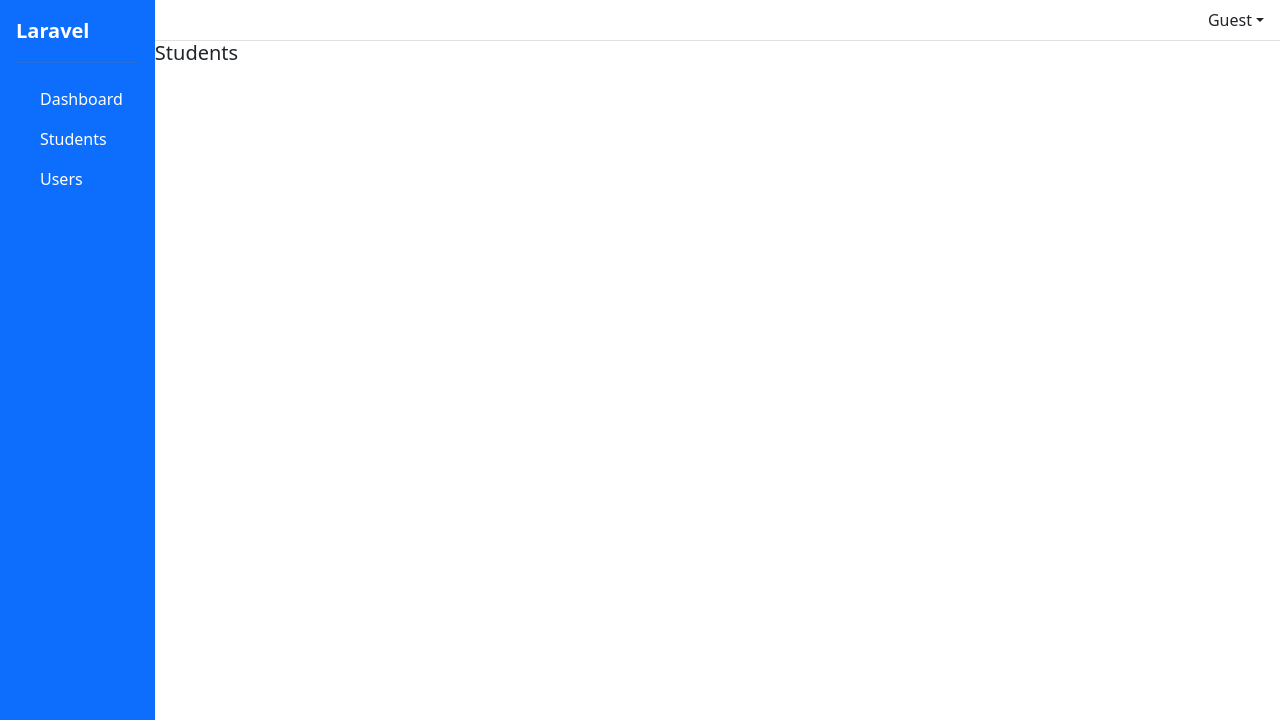
Repository: jaevoy2/lara_demo
Page: http://localhost/home
These files come from the project's save history. The page is drawn as it stood at one moment and after the next save; the edit follows.
The browser window is 1280 px wide. The pictures show the whole page.
The page is served by the project's Laravel application, run on PHP 8.4 with Laravel 12.

Above is the page before, as saved 2026-07-08 12:09:38.

After the next save:
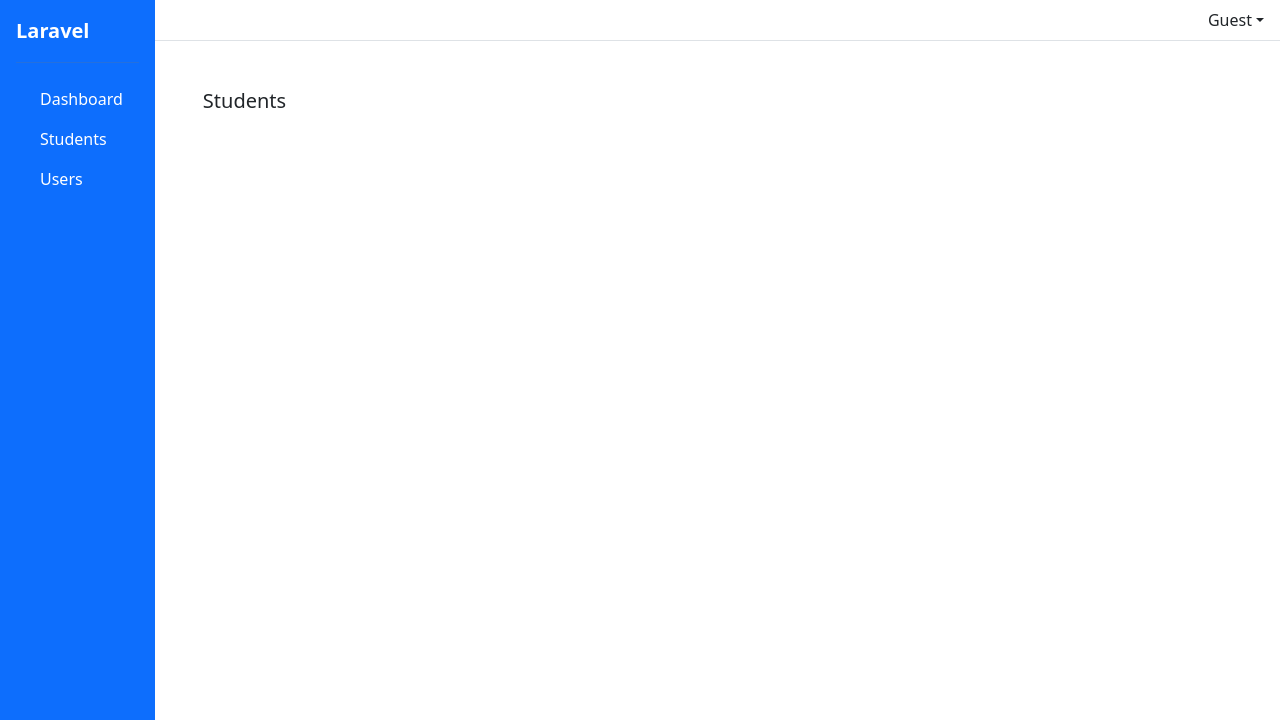
Saved 10 s later.
--- a/resources/views/home.blade.php
+++ b/resources/views/home.blade.php
@@ -1,7 +1,7 @@
 @extends('_layout._head')
 
 @section('content')
-    <div>
+    <div class="p-5">
         <h5>Students</h5>
 
     </div>
